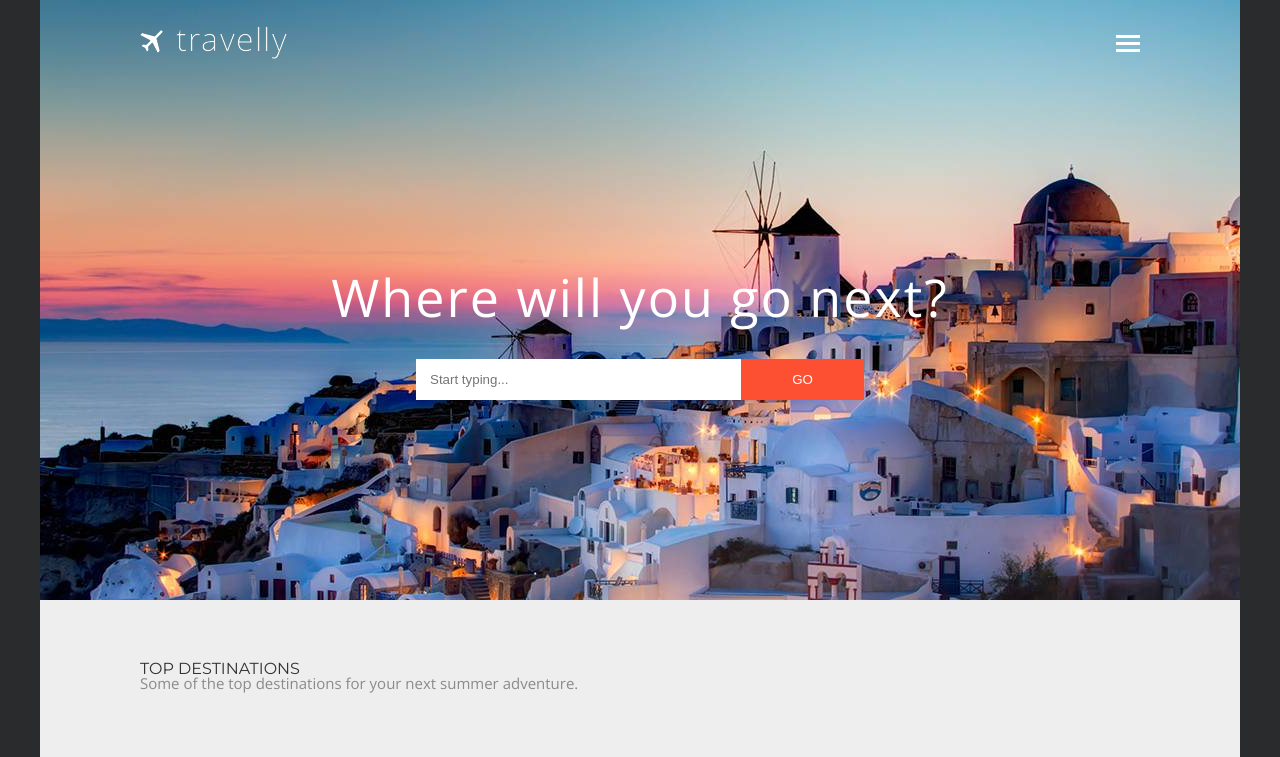
Repository: YusifHasanov/Web-Page-Template
Page: index.html
The author's editor kept a copy of each file at every save. The page is drawn from the files as they stood at one save, then again after a run of saves.
The browser window is 1280 px wide. The pictures show the whole page.

Above is the page before, as saved 2021-12-05 21:13:48.

### index.html
<!DOCTYPE html>
<html lang="en">
<head>
  <!-- !required meta tags -->
  <meta charset="UTF-8">
  <meta http-equiv="X-UA-Compatible" content="IE=edge">
  <meta name="viewport" content="width=device-width, initial-scale=1.0">
  <title>Document</title>
  <!-- !style css -->
  <link rel="stylesheet" href="./css/style.css" />
</head>
<body>

  <div class="container">
      <div class="header useless">
        <div class="navBar d-flex justify-between align-end">
          <img src="./img/logo.png" alt="traveller company logo" />
          <img src="./img/menubar.png" class="hamburger" alt="hamburger menu logo" />
        </div>
        <h1>Where will you go next?</h1>
        <form class="d-flex justify-center">
          <input type="text" id="search" name="search" [aria-label="search"] placeholder="Start typing..." />
          <button type="submit" role="button">GO</button>
        </form>
      </div>
      <div class="top-destinations useless">
            <h2>Top destinations</h2>
            <p>Some of the top destinations for your next summer adventure.</p>
      </div>
  </div>

</body>
</html>

### css/style.css
@import url('https://fonts.googleapis.com/css2?family=Montserrat&family=Open+Sans:wght@300;400&display=swap');

* {
  margin: 0;
  padding: 0;
  outline: 0;
  border: 0;
  box-sizing: border-box;
}

body {
  min-height: 100vh;
  background-color: #292b2c;
}

.d-flex {
  display: flex;
}

.justify-center {
  justify-content: center;
}

.justify-between {
  justify-content: space-between;
}

.align-end {
  align-items: flex-end;
}

.useless {
  padding-left: 8.33%;
  padding-right: 8.33%;
}

.container {
  max-width: 1200px;
  margin-left: auto;
  margin-right: auto;
}

.header {
  height: 600px;
  background-image: url(./../img//backgr.jpg);
}

.navBar {
  padding-top: 26px;
}

.hamburger {
  margin-bottom: 6px;
}

.header > h1 {
  font-size: 52px;
  letter-spacing: 2px;
  color: #ffffff;
  font-weight: 300;
  font-family: 'Open Sans', sans-serif;
  text-align: center;
  line-height: 45px;
  margin-top: 215px;
}

.header > h1 + form {
  margin-top: 40px;
  height: 41px;
}

button[type='submit'] {
  width: 123px;
  background-color: #fd4f32;
  color: white;
}

.header input[type='text'] {
  width: 325px;
  padding-left: 14px;
}

.top-destinations {
  padding-top: 59px;
  padding-bottom: 69px;
  background-color: #eee;
}

.top-destinations > h2 {
  font-size: 16px;
  letter-spacing: 0px;
  color: #323232;
  font-weight: 400;
  font-family: 'Montserrat', sans-serif;
  text-transform: uppercase;
}

.top-destinations > p {
  font-size: 15px;
  letter-spacing: 0px;
  color: #8b8b8b;
  font-weight: 400;
  font-family: 'Open Sans', sans-serif;
  line-height: 10px;
}

After the next 2 saves:
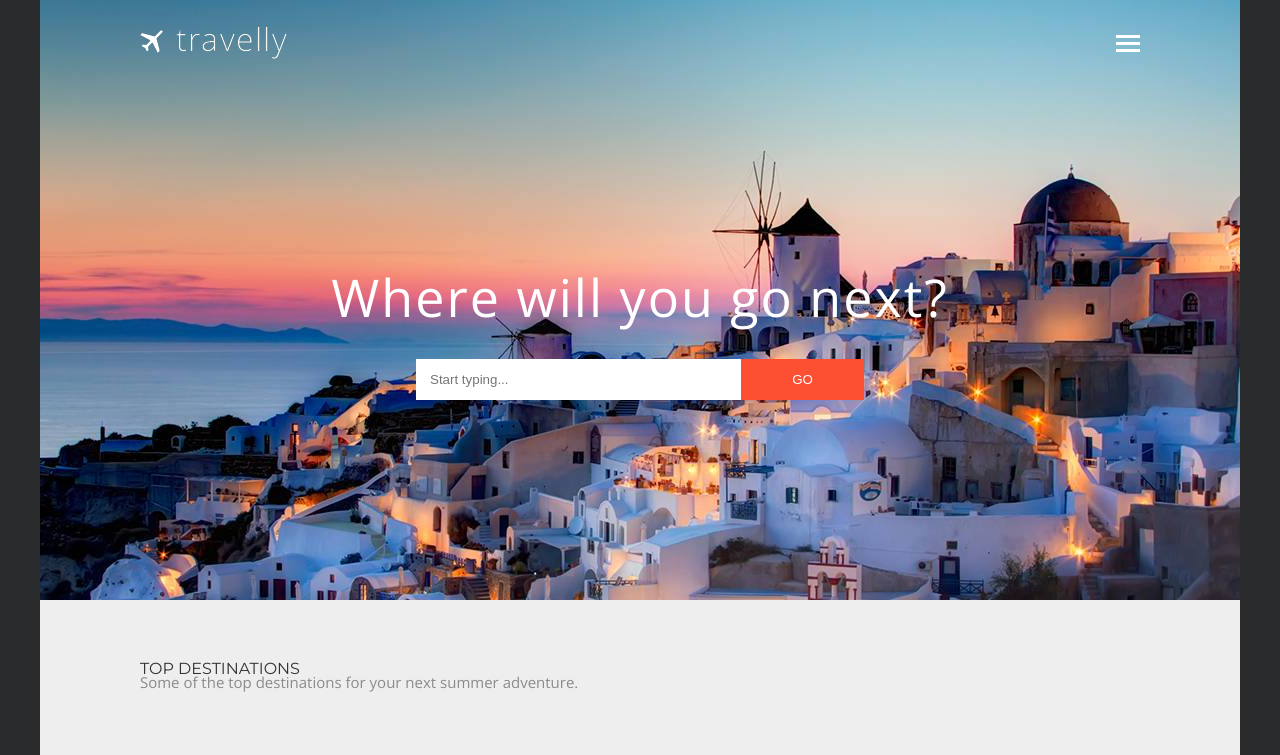
The 2 saves are shown as one change because they came seconds apart.
The last was saved 13 s later.
--- a/css/style.css
+++ b/css/style.css
@@ -101,5 +101,5 @@ button[type='submit'] {
   color: #8b8b8b;
   font-weight: 400;
   font-family: 'Open Sans', sans-serif;
-  line-height: 10px;
+  line-height: 8px;
 }
